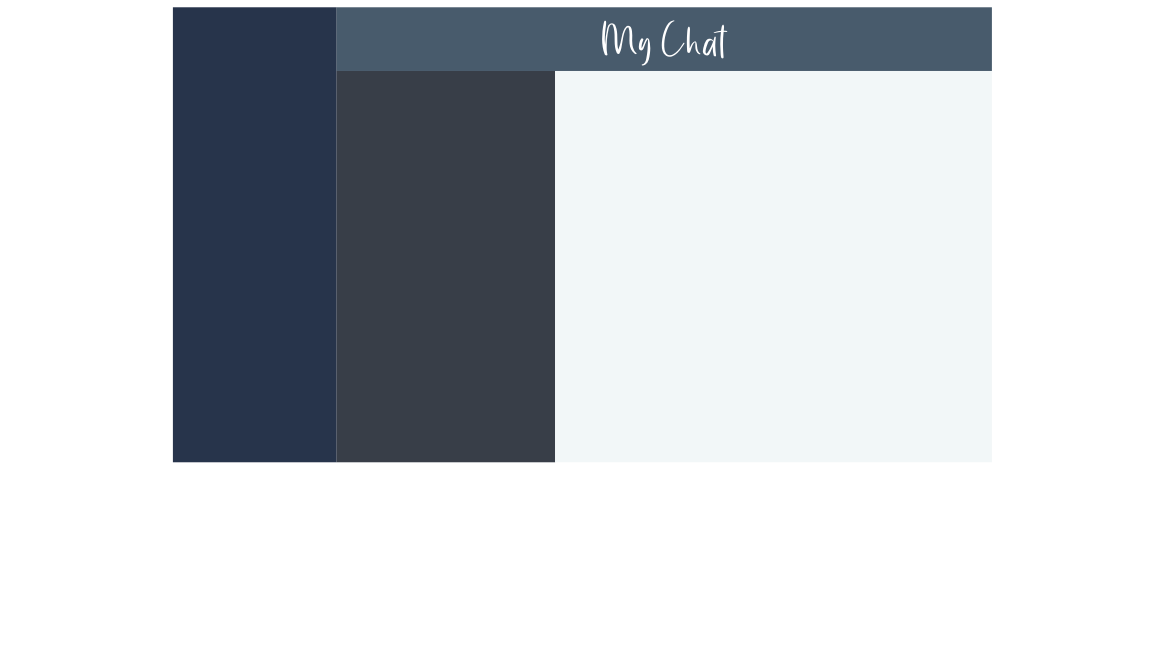
Repository: chathura226/SeekWork_Group_Project_I
Page: http://localhost/
The author's editor kept a copy of each file at every save. The page is drawn from the files as they stood at one save, then again after the next save.
The browser window is 1280 px wide. The pictures show the whole page, at 91% of full size.
The page is run by PHP 8.4 with error messages shown; the project is at /var/www/html/.

Above is the page before, as saved 2023-12-01 16:32:07.

After the next save:
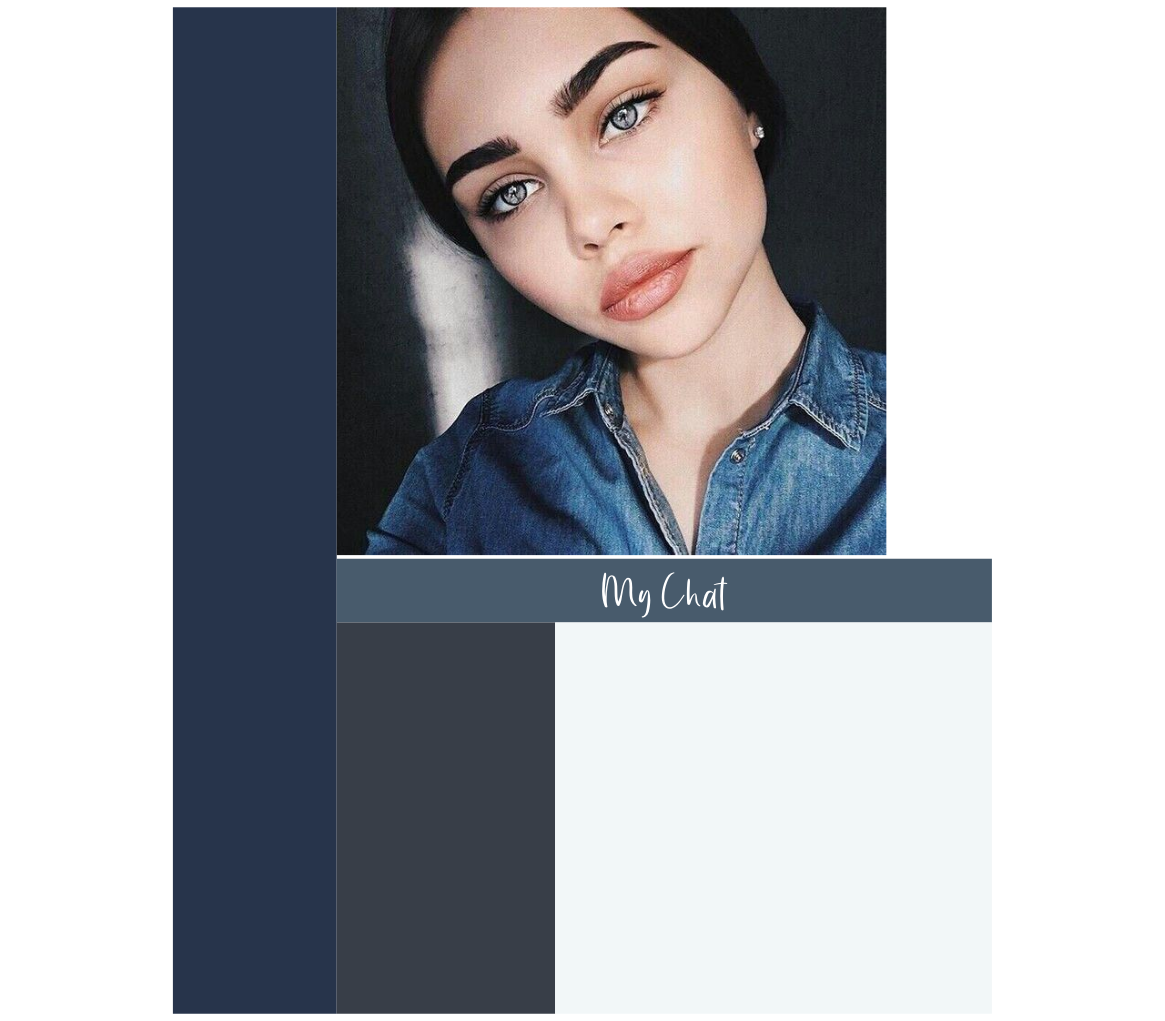
Saved 19 h 46 min later.
--- a/chat/index.php
+++ b/chat/index.php
@@ -25,6 +25,7 @@
             min-height: 400px;
             background-color: #27344b;
             flex:1;
+            text-align: center;
 
 
         }
@@ -72,6 +73,7 @@
 
            </div>
            <div id="right_pannel">
+              <img src="ui/images/user3.jpg">
               <div id="header" >My Chat</div>
                 <div id="container"  style="display: flex">
                     <div id="inner_left_pannel"></div>
